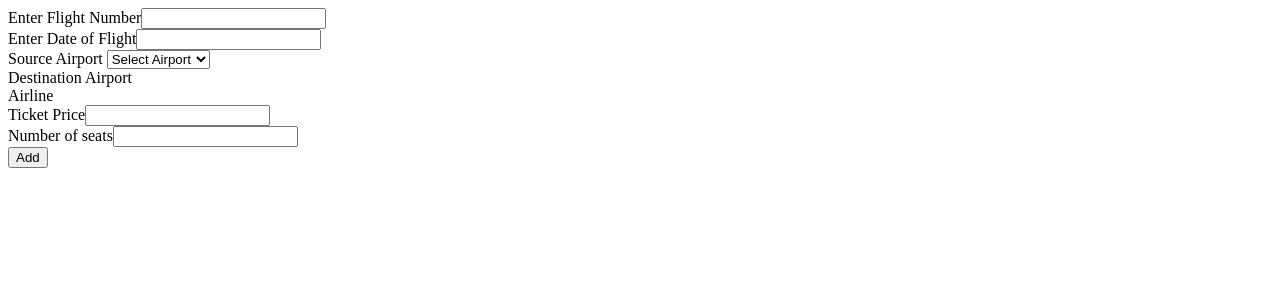
Repository: gotoharjeet/FlyAirline
Page: http://localhost/FlyAirline/addflight.jsp
An editor plug-in stored every save of this project. The page is shown before and after a run of saves, followed by the edit.
The browser window is 1280 px wide. The pictures show the whole page.
The page is served by Tomcat 9. Queries for data that is not in the repository find no rows.

Above is the page before, as saved 2022-08-15 11:25:05.

After the next 2 saves:
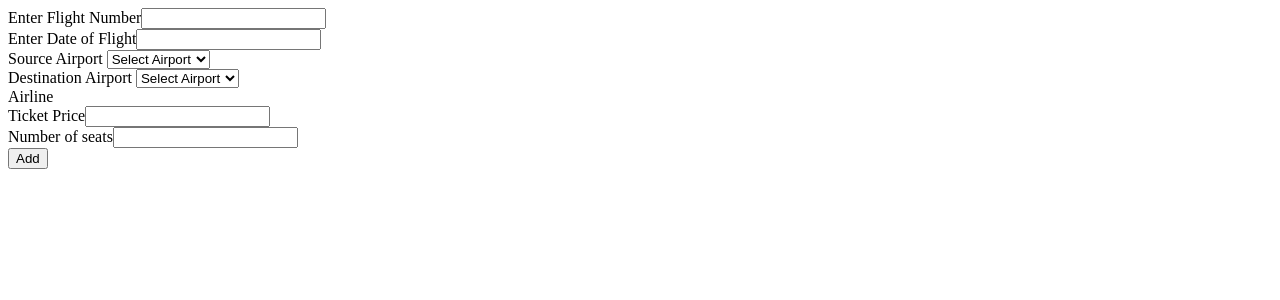
The 2 saves are shown as one change because 1 did not build or start.
The last was saved 4 min 18 s later.
--- a/FlyAirline/src/main/webapp/addflight.jsp
+++ b/FlyAirline/src/main/webapp/addflight.jsp
@@ -37,8 +37,13 @@
    		</option>
    	</select>
     <br/>
+
     <label>Destination Airport</label>
+    <select name="dep_airportCode">
+        <option value="-1">Select Airport</option>
 
+
+    </select>
    	<br/>
 
    	<label>Airline </label>
